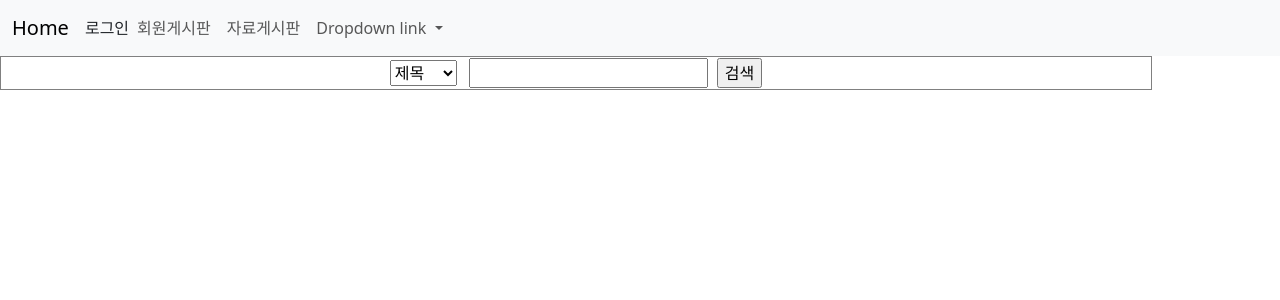
Repository: AHJ2616/Java
Page: http://localhost/board-jsp/08Board/List.jsp
These files come from the project's save history. The page is drawn as it stood at one moment and after the next save; the edit follows.
The browser window is 1280 px wide. The pictures show the whole page.
The page is served by Tomcat 9.

Above is the page before, as saved 2024-07-26 05:25:54.

After the next save:
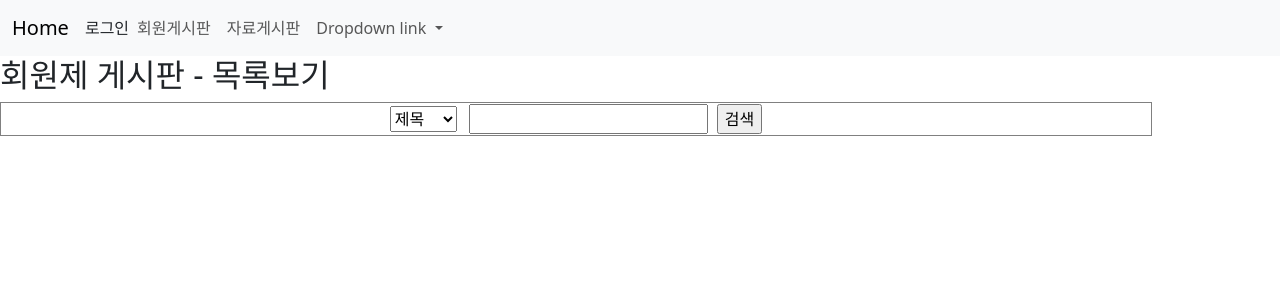
Saved 70 s later.
--- a/jsp_workspace/board-jsp/src/main/webapp/08Board/List.jsp
+++ b/jsp_workspace/board-jsp/src/main/webapp/08Board/List.jsp
@@ -8,6 +8,7 @@
 <jsp:include page="../Common/Link.jsp" />
 </head>
 <body>
+<h2>회원제 게시판 - 목록보기</h2>
 <form method="get" id="search" action="" >
 <table border="1" width="90%">
 	<tr>
